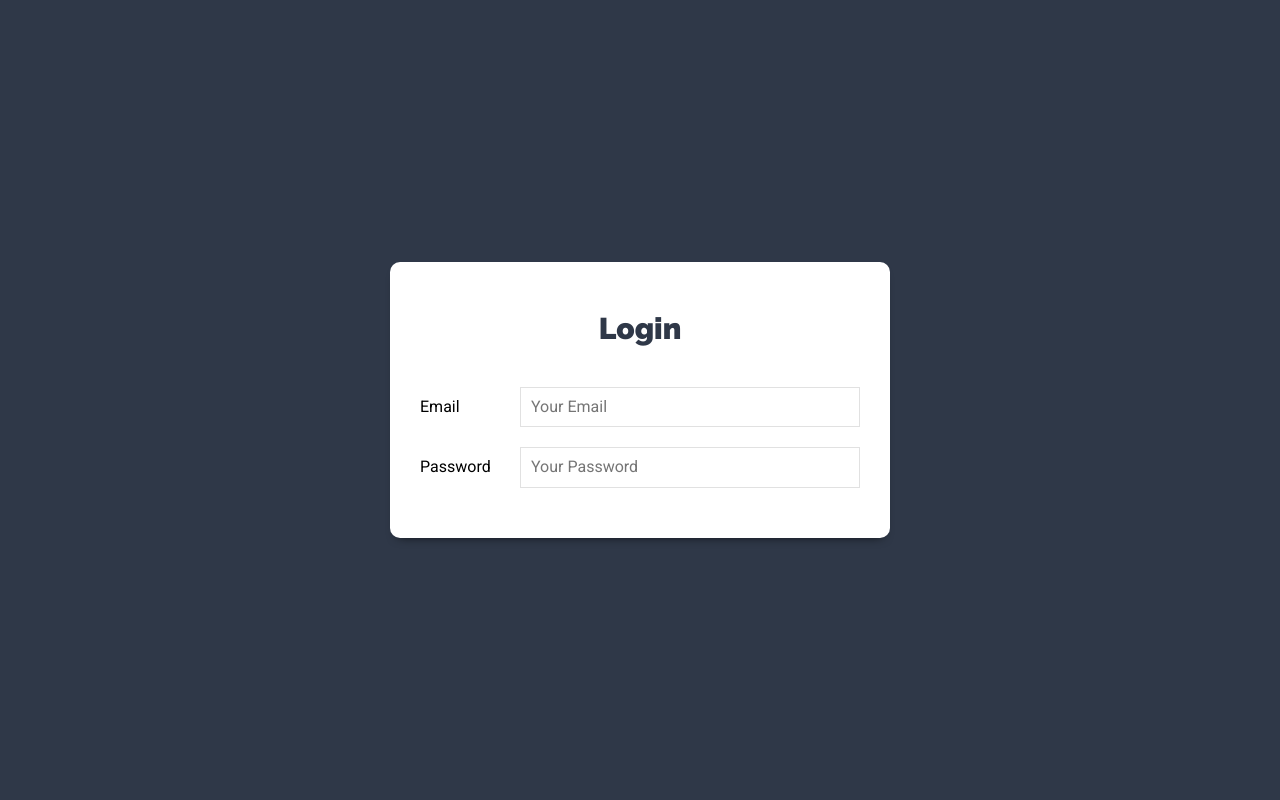
Repository: ppfeliuu/MERN-Task-Client
Page: /
The author's editor kept a copy of each file at every save. The page is drawn from the files as they stood at one save, then again after the next save.
The browser window is 1280 px wide. The pictures show the whole page.
The project was rebuilt for these pictures with package versions that can differ from the ones it lists, and the page was loaded fresh each time. Also part of the build but not shown: src/components/auth/NewAccount.js, src/components/projects/Projects.js.

Above is the page before, as saved 2020-02-13 19:16:29.

After the next save:
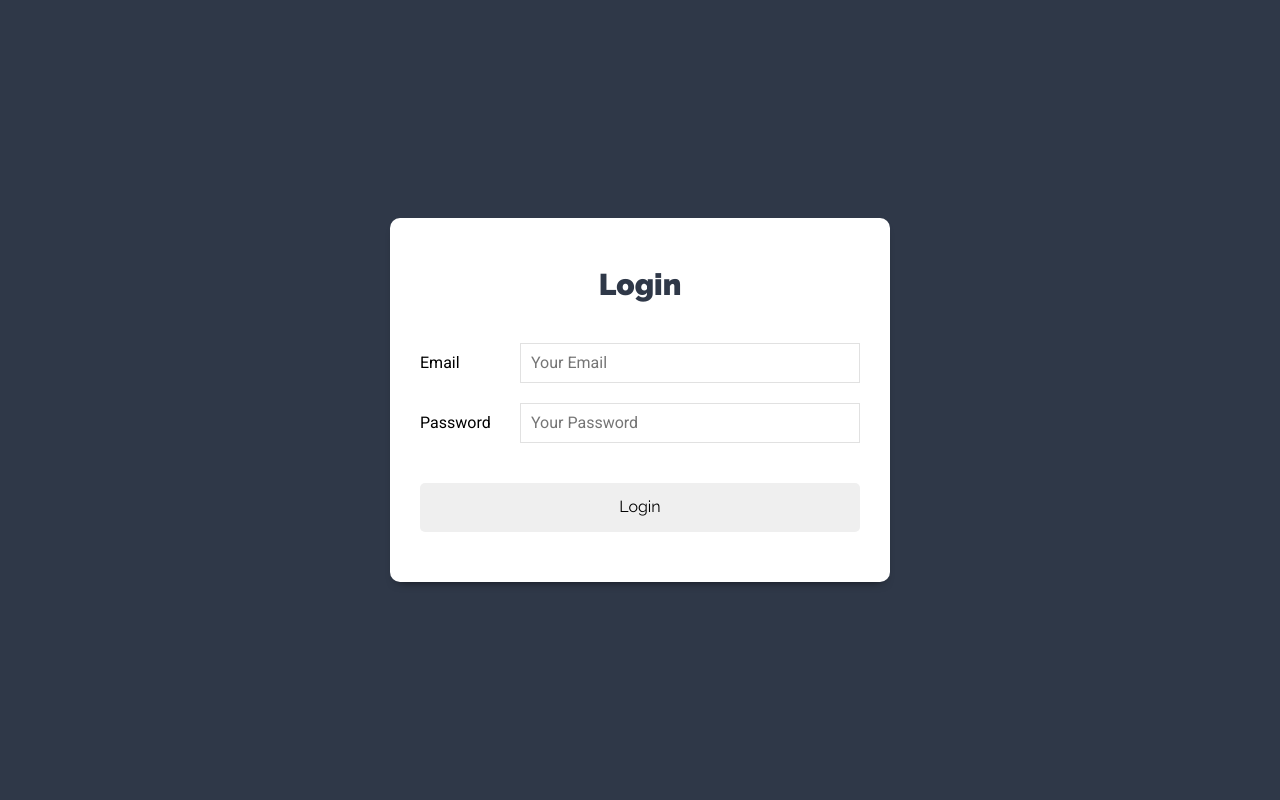
Saved 60 s later.
--- a/src/components/auth/Login.js
+++ b/src/components/auth/Login.js
@@ -1,24 +1,41 @@
 import React from "react";
 
 const Login = () => {
-
-    const onChange = () => {
-
-    }
+  const onChange = () => {};
   return (
     <div className="form-usuario">
       <div className="contenedor-form sombra-dark">
         <h1>Login</h1>
         <form>
-            <div className="campo-form">
-                <label htmlFor="email">Email</label>
-                <input type="email" id="email" name="email" placeholder="Your Email" onChange={onChange} />
-            </div>
+          <div className="campo-form">
+            <label htmlFor="email">Email</label>
+            <input
+              type="email"
+              id="email"
+              name="email"
+              placeholder="Your Email"
+              onChange={onChange}
+            />
+          </div>
 
-            <div className="campo-form">
-                <label htmlFor="password">Password</label>
-                <input type="password" id="password" name="password" placeholder="Your Password" onChange={onChange} />
-            </div>
+          <div className="campo-form">
+            <label htmlFor="password">Password</label>
+            <input
+              type="password"
+              id="password"
+              name="password"
+              placeholder="Your Password"
+              onChange={onChange}
+            />
+          </div>
+
+          <div className="campo-form">
+            <input
+              type="submit"
+              className="btn btn-primaria btn-block"
+              value="Login"
+            />
+          </div>
         </form>
       </div>
     </div>
